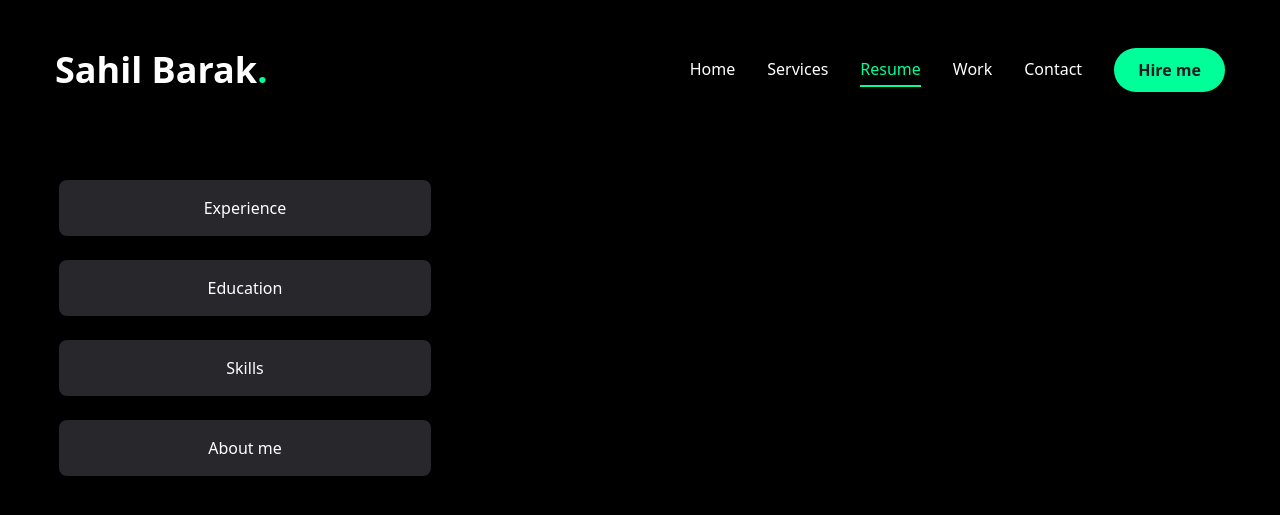
Repository: Moxsahil/My_portfolio
Page: /resume (app in sahil-portfolio/)
The author's editor kept a copy of each file at every save. The page is drawn from the files as they stood at one save, then again after the next save.
The browser window is 1280 px wide. The pictures show the whole page.
The project was rebuilt for these pictures with package versions that can differ from the ones it lists, and the page was loaded fresh each time. The framework's server and built-in components were replaced by stand-ins that run in the browser. Also part of the build but not shown: sahil-portfolio/next.config.mjs, sahil-portfolio/components/ui/tooltip.jsx, sahil-portfolio/components/ui/scroll-area.jsx.

Above is the page before, as saved 2024-10-05 21:38:04.

### sahil-portfolio/app/layout.jsx
import { JetBrains_Mono } from "next/font/google";
import "./globals.css";
import Header from "@/components/Header";
import PageTransition from "@/components/PageTransition";
import StairTransition from "@/components/StairTransition";

const jetbrainsMono = JetBrains_Mono({
  subsets: ["latin"],
   weight: ["100", "200", "300", "400", "500", "600", "700", "800"],
   variable: '--font-jetbrainsMono'
});

export const metadata = {
  title: "Create Next App",
  description: "Generated by create next app",
};

export default function RootLayout({ children }) {
  return (
    <html lang="en">
      <body className={jetbrainsMono.variable}>
        <Header />
        <StairTransition />
        <PageTransition> {children}</PageTransition>
        </body>
    </html>
  );
}

### sahil-portfolio/app/resume/page.jsx
"use client";

import {
  FaHtml5,
  FaCss3,
  FaJs,
  FaReact,
  FaFigma,
  FaNodeJs,
} from 'react-icons/fa';

import { SiTailwindcss, SiNextdotjs } from 'react-icons/si';

//about data
const about = {
  title: 'About me',
  description: "Enthusiastic and diligent B.Tech Computer Science student with a strong foundation in Java programming, database management, and algorithm development. Adept at problem-solving and committed to continuous learning. Looking to leverage my skills and knowledge in a dynamic and challenging environment to contribute to innovative projects and advance my career in the tech industry.",
  info:[
    {
      fieldName: "Name",
      fieldValue: "Sahil Barak"
    },
    {
      fieldName: "Phone No",
      fieldValue: "(+91) 7404927198"
    },
    {
      fieldName: "Experience",
      fieldValue: "3 years of experience in contributing towards many projects and seeking for opportunities to work in the tech industry."
    },
    {
      fieldName: "Linkedin",
      fieldValue: "Sahil Barak"
    },
    {
      fieldName: "Email",
      fieldValue: "Sahilmk01@gmail.com"
    },
    {
      fieldName: "Nationality",
      fieldValue: "Indian"
    },
  ]
};

//experience
const experience = {
  icon: '/assets/resume/badge.svg',
  title: 'My Experience',
  description:
   "Enthusiastic and diligent B.Tech Computer Science student with a strong foundation in Java programming, database management, and algorithm development. Adept at problem-solving and committed to continuous learning. Looking to leverage my skills and knowledge in a dynamic and challenging environment to contribute to innovative projects and advance my career in the tech industry.",
   items: [
    {
      company: "Wipro",
      position: "Intern",
      duration: "Aug 2022 - Nov 2022",
    },
   ]
};

const education = {
  icon: '/assets/resume/cap.svg',
  title: 'My Education',
  description:
   "Qualifications I have",
   items: [
    {
      Institution: "PDM University",
      Degree : "B.Tech Computer Science",
      Grade: "7.31 CGPA",
      duration: "Aug 2019 - July 2023",
    },
    {
      Institution: "DAV Centenary Public School",
      Degree : "12th standard",
      Grade: "7.0 CGPA",
      duration: "Apr 2018 - Mar 2019",
    },
    {
      Institution: "DAV Centenary Public School",
      Degree : "10th standard",
      Grade: "8.6 CGPA",
      duration: "Apr 2016 - Mar 2017",
    },
   ]
};

//skills data
const skills = {
  title: 'My Skills',
  description: "Skills i learnt throughout my journey",
  skillList: [
    {
      icon: <FaHtml5 />,
      name: "HTML 5",
    },
    {
      icon: <FaCss3 />,
      name: "css 3",
    },
    {
      icon: <FaJs />,
      name: "javascript",
    },
    {
      icon: <FaReact/>,
      name: "react.js",
    },
    {
      icon: <SiNextdotjs />,
      name: "next.js",
    },
    {
      icon: <SiTailwindcss/>,
      name: "Tailwind.css",
    },
    {
      icon: <FaNodeJs />,
      name: "node.js",
    },
  ]
}

import { Tabs, TabsContent, TabsList, TabsTrigger } from "@/components/ui/tabs";

import { Tooltip, TooltipContent, TooltipProvider, TooltipTrigger } from '@/components/ui/tooltip';

import { ScrollArea } from '@/components/ui/scroll-area';
import { motion } from 'framer-motion';

const Resume = () => {
  return (
    <motion.div
    initial={{opacity: 0}}
    animate={{opacity: 1,
      transition: {delay: 2.4, duration: 0.4, ease: "easeIn"},
     }}
     className="min-h-[80vh] flex items-center justify-center py-12 xl:py-0"
     >
      <div className="container mx-auto">
        <Tabs defaultValue="Experience" className="flex flex-col xl:flex-row gap-[60px]">
          <TabsList className="flex flex-col w-full max-w-[380px] mx-auto xl:mx-0 gap-6">
            <TabsTrigger value="experience">Experience</TabsTrigger>
            <TabsTrigger value="education">Education</TabsTrigger>
            <TabsTrigger value="skills">Skills</TabsTrigger>
            <TabsTrigger value="about">About me</TabsTrigger>
          </TabsList>

          {/* content */}
          <div className="min-h-[70vh] w-full">
            <TabsContent value="experience" className="w-full">experience</TabsContent>
          </div>

        </Tabs>
      </div>
      </motion.div>
  )
}

export default Resume;

### sahil-portfolio/app/globals.css
@tailwind base;
@tailwind components;
@tailwind utilities;

@layer base{
    body {
        @apply font-primary bg-black text-white leading-loose;
    }
    .h1{
        @apply text-[48px] xl:text-[80px] leading-[1.1] font-semibold;
    }
    .h2{
        @apply text-[36px] xl:text-[48px] leading-[1.1] font-semibold;
    }
    .h3{
        @apply text-[20px] xl:text-[24px] leading-[1.1] font-semibold;
    }
.text-outline{
    -webkit-text-stroke: 1px #ffffff;
}

.text-outline-hover{
    -webkit-text-stroke: 1px #00ff99;
}
}

### sahil-portfolio/components/Header.jsx
import Link from "next/link";
import { Button } from "./ui/button";

//components
import Nav from "./Nav";
import MobileNav from "./MobileNav";
const Header = () => {
  return (
     <header className = "py-8 xl:py-12 text-white">
    <div className = "container mx-auto flex justify-between items-center">
      {/* logo */}
      <Link href="/">
        <h1 className="text-4xl font-semibold">
          Sahil Barak<span className="text-accent">.</span>
        </h1>
        </Link>


        {/* desktop nav & hire me button */}
        <div className="hidden xl:flex items-center gap-8">
        <Nav />
        <Link href="/#contact">
        <Button>Hire me</Button>
        </Link>
        </div>

        {/* mobile nav */}
        <div className="xl:hidden">
          <MobileNav />
        </div>
    </div>
  </header>
  );
};

export default Header;

### sahil-portfolio/components/PageTransition.jsx
 "use client";


 import { AnimatePresence, motion } from "framer-motion";
import { usePathname } from "next/navigation";

 const PageTransition = ({children}) => {
  const pathname = usePathname();

  return (
    <AnimatePresence>

      <div key={pathname}>
        <motion.div initial={{opacity: 1}}
        animate={{opacity:0,
         transition: {delay: 1,duration: 0.4, ease: "easeInOut"},
         }}
         className="h-screen w-screen fixed bg-primary top-0 pointer-events-none"
         />
        {children}</div>
    </AnimatePresence>
  )
}

export default PageTransition

### sahil-portfolio/components/StairTransition.jsx
"use client";

import { AnimatePresence, motion } from "framer-motion";
import { usePathname } from "next/navigation";

//components
import Stairs from "./Stairs";

const StairTransition = () => {
  const pathname = usePathname();
  return (
    <>
    <AnimatePresence mode="wait">
      <div key={pathname}>
        <div className="h-screen w-screen fixed top-0 left-0 right-0
        pointer-events-none z-40 flex">
         <Stairs />
          </div>

        <motion.div
        className="h-screen w-screen fixed bg-primary top-0 pointer-events-none"
        initial={{opacity: 1}}
        animate={{
          opacity: 0,
          transition: {delay: 1,duration: 0.4, ease: "easeInOut" },
      }}
        />
      </div>
    </AnimatePresence>
    </>
  );
}

export default StairTransition

### sahil-portfolio/components/ui/tabs.jsx
"use client"

import * as React from "react"
import * as TabsPrimitive from "@radix-ui/react-tabs"

import { cn } from "@/lib/utils"

const Tabs = TabsPrimitive.Root

const TabsList = React.forwardRef(({ className, ...props }, ref) => (
  <TabsPrimitive.List
    ref={ref}
    className={cn(
      "inline-flex h-auto rounded-md p-1 text-primary", className )}
    {...props} />
))
TabsList.displayName = TabsPrimitive.List.displayName

const TabsTrigger = React.forwardRef(({ className, ...props }, ref) => (
  <TabsPrimitive.Trigger
    ref={ref}
    className={cn(
      "inline-flex items-center w-full bg-[#27272c] justify-center whitespace-nowrap text-white rounded-lg p-3 text-balance font-medium ring-offset-white transition-all disabled:pointer-events-none disabled:opacity-50 data-[state=active]:bg-accent data-[state=active]: data-[state=active]:font-bold data-[state=active]:shadow-sm",
      className
    )}
    {...props} />
))
TabsTrigger.displayName = TabsPrimitive.Trigger.displayName

const TabsContent = React.forwardRef(({ className, ...props }, ref) => (
  <TabsPrimitive.Content
    ref={ref}
    className={cn(
      "mt-2 ring-offset-white focus-visible:outline-none focus-visible:ring-2 focus-visible:ring-slate-950 focus-visible:ring-offset-2 dark:ring-offset-slate-950 dark:focus-visible:ring-slate-300",
      className
    )}
    {...props} />
))
TabsContent.displayName = TabsPrimitive.Content.displayName

export { Tabs, TabsList, TabsTrigger, TabsContent }

### sahil-portfolio/components/ui/button.jsx
import * as React from "react"
import { Slot } from "@radix-ui/react-slot"
import { cva } from "class-variance-authority";

import { cn } from "@/lib/utils"

const buttonVariants = cva(
  "inline-flex items-center justify-center whitespace-nowrap rounded-full text-base font-semibold ring-offset-white transition-colors",
  {
    variants: {
      variant: {
        default: "bg-accent text-primary hover:bg-accent-hover",
        primary: "bg-primary text-white ",
        outline:
        "border border-accent bg-transparent text-accent hover :bg-accent hover: text-primary",

      },
      size: {
        default: "h-[44px] px-6",
        md: "h-[48px] px-6",
        lg: "h-[56px] px-8 text-sm uppercase tracking-[2px]",

      },
    },
    defaultVariants: {
      variant: "default",
      size: "default",
    },
  }
)

const Button = React.forwardRef(({ className, variant, size, asChild = false, ...props }, ref) => {
  const Comp = asChild ? Slot : "button"
  return (
    (<Comp
      className={cn(buttonVariants({ variant, size, className }))}
      ref={ref}
      {...props} />)
  );
})
Button.displayName = "Button"

export { Button, buttonVariants }

### sahil-portfolio/components/Nav.jsx
"use client";

import Link from "next/link";
import { usePathname } from "next/navigation";

const links = [
    {
        name: "Home",
        path: "/",
    },
    {
        name: "services",
        path: "/services",
    },
    {
        name: "resume",
        path: "/resume",
    },
    {
        name: "work",
        path: "/work",
    },
    {
        name: "contact",
        path: "/contact",
    },
];


const Nav = () => {
    const pathname = usePathname();
  return (
    <nav className="flex gap-8">
        {links.map((link, index) => {
            return (
                <Link href={link.path} key={index} className ={`${
                    link.path === pathname &&
                    "text-accent border-b-2 border-accent"}
                    capitalize font-medium hover:text-accent transition-all`}
                    >
                    {link.name}
                </Link>
            );
        })}
    </nav>
  )
}

export default Nav

### sahil-portfolio/components/MobileNav.jsx
"use client";

import { Sheet, SheetContent, SheetTrigger } from "@/components/ui/sheet";
import { usePathname } from "next/navigation";
import Link from "next/link";
import { CiMenuFries } from "react-icons/ci";

const links = [
  {
    name: "Home",
    path: "/",
  },
  {
    name: "services",
    path: "/services",
  },
  {
    name: "resume",
    path: "/resume",
  },
  {
    name: "work",
    path: "/work",
  },
  {
    name: "contact",
    path: "/contact",
  },
]

const MobileNav = () => {
  const pathname = usePathname();
  return (
    <Sheet>
      <SheetTrigger className ="flex-justify-center items-center">
        <CiMenuFries className="text-[32px] text-accent"/>
      </SheetTrigger>
      <SheetContent className="flex flex-col">
        {/* logo */}
        <div className="mt-32 mb-40 text-center text-2xl">
          <Link href="/">
          <h1 className="text-4xl font-semibold">
            Sahil Barak<span className="text-accent">.</span></h1>
          </Link>
        </div>
        {/* nav  */}
        <nav className="flex flex-col justify-center items-center gap-8">
          {links.map((link, index) => {
            return(
              <Link href={link.path} key={index} className={` ${link.path === pathname && "text-accent border-b-2 border-accent"}text-xl capitalize hover:text-accent transition-all`}>
                {link.name}
              </Link>
            );
          })}
        </nav>
      </SheetContent>
    </Sheet>
  );
};

export default MobileNav;

### sahil-portfolio/components/Stairs.jsx
import { motion } from "framer-motion";

const stairAnimation = {
    initial: {
        top: "0%",
    },
    animate: {
        top: "100%",
    },
    exit: {
        top: ["100%`", "0%"],
    },
};


// calculate the reverse index fot staggred delay

const reverseIndex = (index) => {
    const totalSteps = 6; // number of steps
    return totalSteps - index - 1;
};
const Stairs = () => {
  return (
  <>

    {/* render 6 motion divs, each representing a step of the stairs.
    Each div will have the same animation defined by the stairsAnimation object.
    the delay for each div is calculated sinamically based on its reversed index ,
    creating a staggered effect with decreasing delay for each subsequent step.
    */}
    {[...Array(6)].map((_, index)=>{
        return (
        <motion.div
         key={index}
         variants={stairAnimation}
         initial="initial"
         animate="animate"
         exit="exit"
         transition={{
            duration: 0.4,
            ease: "easeInOut",
            delay: reverseIndex(index) * 0.1,
        }}
        className="h-full w-full bg-white relative"
        />
    );
    })}
  </>
  );
};

export default Stairs

### sahil-portfolio/components/ui/sheet.jsx
"use client";
import * as React from "react"
import * as SheetPrimitive from "@radix-ui/react-dialog"
import { cva } from "class-variance-authority";
import { cn } from "@/lib/utils"

import { IoMdClose } from "react-icons/io";

const Sheet = SheetPrimitive.Root

const SheetTrigger = SheetPrimitive.Trigger

const SheetClose = SheetPrimitive.Close

const SheetPortal = SheetPrimitive.Portal

const SheetOverlay = React.forwardRef(({ className, ...props }, ref) => (
  <SheetPrimitive.Overlay
    className={cn(
      "fixed inset-0 z-50 bg-black/80  data-[state=open]:animate-in data-[state=closed]:animate-out data-[state=closed]:fade-out-0 data-[state=open]:fade-in-0",
      className
    )}
    {...props}
    ref={ref} />
))
SheetOverlay.displayName = SheetPrimitive.Overlay.displayName

const sheetVariants = cva(
  "fixed z-50 gap-4 bg-primary p-6 shadow-lg transition ease-in-out data-[state=open]:animate-in data-[state=closed]:animate-out data-[state=closed]:duration-300 data-[state=open]:duration-500 dark:bg-slate-950",
  {
    variants: {
      side: {
        top: "inset-x-0 top-0 border-b data-[state=closed]:slide-out-to-top data-[state=open]:slide-in-from-top",
        bottom:
          "inset-x-0 bottom-0 border-t data-[state=closed]:slide-out-to-bottom data-[state=open]:slide-in-from-bottom",
        left: "inset-y-0 left-0 h-full w-3/4 border-r data-[state=closed]:slide-out-to-left data-[state=open]:slide-in-from-left sm:max-w-sm",
        right:
          "inset-y-0 right-0 h-full w-3/4  data-[state=closed]:slide-out-to-right data-[state=open]:slide-in-from-right sm:max-w-sm",
      },
    },
    defaultVariants: {
      side: "right",
    },
  }
)

const SheetContent = React.forwardRef(({ side = "right", className, children, ...props }, ref) => (
  <SheetPortal>
    <SheetOverlay />
    <SheetPrimitive.Content ref={ref} className={cn(sheetVariants({ side }), className)} {...props}>
      {children}
      <SheetPrimitive.Close
        className= "absolute right-8 top-8 transition-opacity outline-none">
        <IoMdClose className="text-3xl text-accent" />
        <span className="sr-only">Close</span>
      </SheetPrimitive.Close>
    </SheetPrimitive.Content>
  </SheetPortal>
))
SheetContent.displayName = SheetPrimitive.Content.displayName

const SheetHeader = ({
  className,
  ...props
}) => (
  <div
    className={cn("flex flex-col space-y-2 text-center sm:text-left", className)}
    {...props} />
)
SheetHeader.displayName = "SheetHeader"

const SheetFooter = ({
  className,
  ...props
}) => (
  <div
    className={cn("flex flex-col-reverse sm:flex-row sm:justify-end sm:space-x-2", className)}
    {...props} />
)
SheetFooter.displayName = "SheetFooter"

const SheetTitle = React.forwardRef(({ className, ...props }, ref) => (
  <SheetPrimitive.Title
    ref={ref}
    className={cn("text-lg font-semibold text-slate-950 dark:text-slate-50", className)}
    {...props} />
))
SheetTitle.displayName = SheetPrimitive.Title.displayName

const SheetDescription = React.forwardRef(({ className, ...props }, ref) => (
  <SheetPrimitive.Description
    ref={ref}
    className={cn("text-sm text-slate-500 dark:text-slate-400", className)}
    {...props} />
))
SheetDescription.displayName = SheetPrimitive.Description.displayName

export {
  Sheet,
  SheetPortal,
  SheetOverlay,
  SheetTrigger,
  SheetClose,
  SheetContent,
  SheetHeader,
  SheetFooter,
  SheetTitle,
  SheetDescription,
}

### sahil-portfolio/tailwind.config.js
/** @type {import('tailwinds').Config} */
module.exports = {
  darkMode: ["class"],
  content: [
    './pages/**/*.{js,jsx}',
    './components/**/*.{js,jsx}',
    './app/**/*.{js,jsx}',
    './src/**/*.{js,jsx}',
  ],
  prefix: "",
  theme: {
    container: {
      center: true,
      padding: "15px",
    },
      screens: {
      sm: "640px",
      md: "768px",
      lg: "960px",
      xl: "1200px",
    },
    fontFamily: {
      primary: "var(--font-JetBrainsMono)",
    },
    extend: {

      colors: {
        primary: '#1c1c22',
        accent: {
          DEFAULT: '#00ff99',
          hover: '#00e187'
        }
      },

      keyframes: {
        "accordion-down": {
          from: { height: "0" },
          to: { height: "var(--radix-accordion-content-height)" },
        },
        "accordion-up": {
          from: { height: "var(--radix-accordion-content-height)" },
          to: { height: "0" },
        },
      },
      animation: {
        "accordion-down": "accordion-down 0.2s ease-out",
        "accordion-up": "accordion-up 0.2s ease-out",
      },
    },
  },
  plugins: [require("tailwindcss-animate")],
}

Loaded but not shown: sahil-portfolio/lib/utils.js (common file)

After the next save:
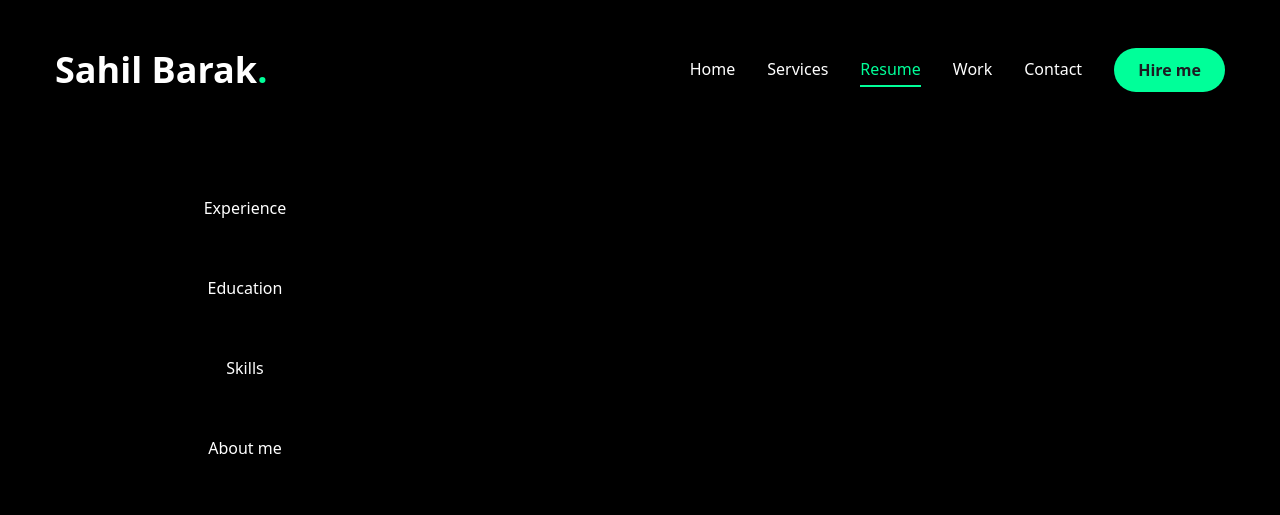
Saved 100 s later.
--- a/sahil-portfolio/components/ui/tabs.jsx
+++ b/sahil-portfolio/components/ui/tabs.jsx
@@ -20,7 +20,7 @@
   <TabsPrimitive.Trigger
     ref={ref}
     className={cn(
-      "inline-flex items-center w-full bg-[#27272c] justify-center whitespace-nowrap text-white rounded-lg p-3 text-balance font-medium ring-offset-white transition-all disabled:pointer-events-none disabled:opacity-50 data-[state=active]:bg-accent data-[state=active]: data-[state=active]:font-bold data-[state=active]:shadow-sm",
+      "inline-flex items-center w-full bg-[#] justify-center whitespace-nowrap text-white rounded-lg p-3 text-balance font-medium ring-offset-white transition-all disabled:pointer-events-none disabled:opacity-50 data-[state=active]:bg-accent data-[state=active]: data-[state=active]:font-bold data-[state=active]:shadow-sm",
       className
     )}
     {...props} />
